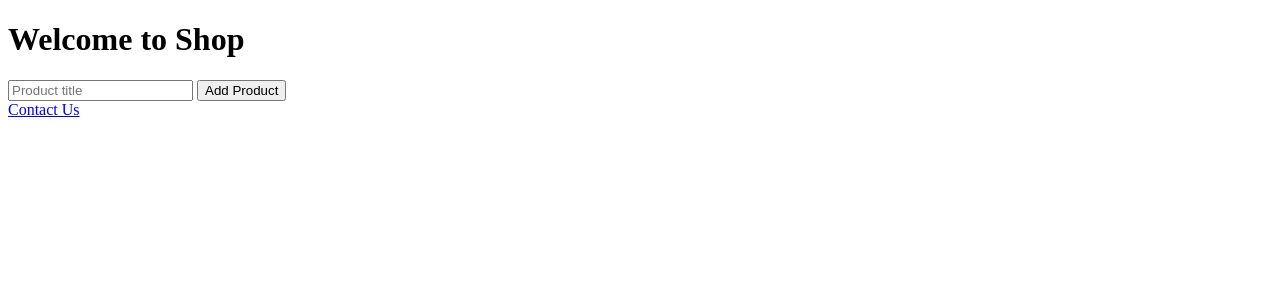
Repository: zouidimen/shop-app
Page: views/shop.html
The author's editor kept a copy of each file at every save. The page is drawn from the files as they stood at one save, then again after a run of saves.
The browser window is 1280 px wide. The pictures show the whole page.

Above is the page before, as saved 2026-04-10 22:36:40.

After the next 2 saves:
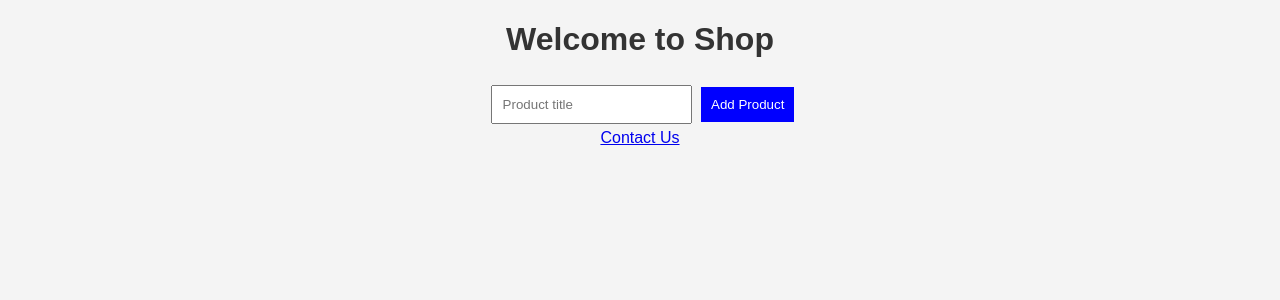
The 2 saves are shown as one change because they came seconds apart.
The last was saved 9 s later.
--- a/views/shop.html
+++ b/views/shop.html
@@ -5,6 +5,9 @@
     <meta charset="UTF-8">
     <meta name="viewport" content="width=device-width, initial-scale=1.0">
     <title>shop</title>
+    <head>
+  <link rel="stylesheet" href="/css/style.css">
+</head>
 </head>
 <body>
     <h1>Welcome to Shop</h1>
